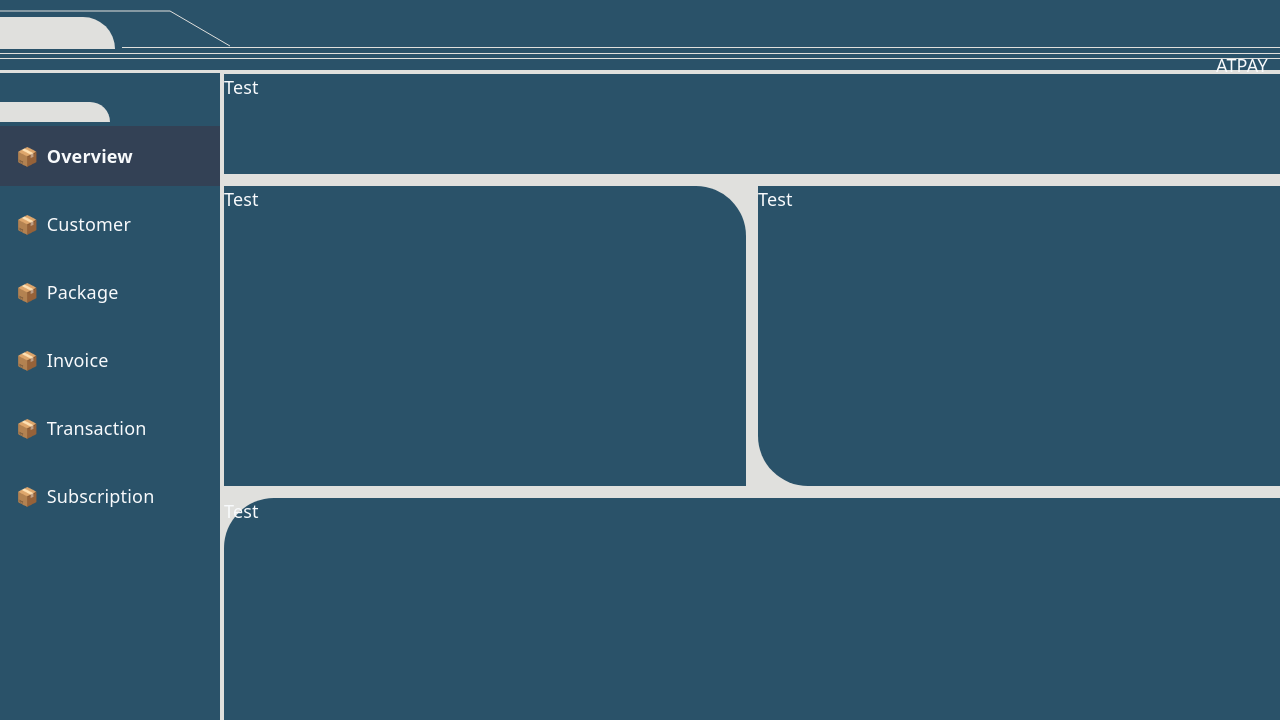
Repository: Farazdaq/stripe-payment-integration
Page: /dashboard (app in stripe-integration-react-dashboard/)
An editor plug-in stored every save of this project. The page is shown before and after the next save, followed by the edit.
The browser window is 1280 px wide. The pictures show the whole page.
An inner scrolling area shows only its first screen. The project was rebuilt for these pictures with package versions that can differ from the ones it lists, and the page was loaded fresh each time. Also part of the build but not shown: stripe-integration-react-dashboard/vite.config.ts, stripe-integration-react-dashboard/src/App.css, stripe-integration-react-dashboard/src/features/dashboard/pages/Customer.tsx, stripe-integration-react-dashboard/src/features/dashboard/pages/Package.tsx, stripe-integration-react-dashboard/src/features/dashboard/pages/Invoice.tsx, stripe-integration-react-dashboard/src/features/dashboard/pages/Transaction.tsx, stripe-integration-react-dashboard/src/features/dashboard/pages/Subscription.tsx.

Above is the page before, as saved 2026-05-12 16:50:18.

### stripe-integration-react-dashboard/index.html
<!doctype html>
<html lang="en">
  <head>
    <meta charset="UTF-8" />
    <link rel="icon" type="image/svg+xml" href="/favicon.svg" />
    <meta name="viewport" content="width=device-width, initial-scale=1.0" />
    <title>web-app</title>
  </head>
  <body>
    <div id="root"></div>
    <script type="module" src="/src/main.tsx"></script>
  </body>
</html>

### stripe-integration-react-dashboard/src/index.css
@tailwind base;
@tailwind components;
@tailwind utilities;

/* =========================
   THEME VARIABLES
========================= */
:root {
  --text: #6b6375;
  --text-h: #08060d;
  --bg: #ffffff;
  --border: #e5e4e7;
  --code-bg: #f4f3ec;

  --accent: #aa3bff;
  --accent-bg: rgba(170, 59, 255, 0.1);
  --accent-border: rgba(170, 59, 255, 0.5);

  --social-bg: rgba(244, 243, 236, 0.5);

  --shadow:
    rgba(0, 0, 0, 0.1) 0 10px 15px -3px, rgba(0, 0, 0, 0.05) 0 4px 6px -2px;

  --sans: system-ui, "Segoe UI", Roboto, sans-serif;
  --heading: system-ui, "Segoe UI", Roboto, sans-serif;
  --mono: ui-monospace, Consolas, monospace;
}

/* =========================
   DARK MODE (system-based)
   ⚠️ later you can replace with .dark class
========================= */
@media (prefers-color-scheme: dark) {
  :root {
    --text: #9ca3af;
    --text-h: #f3f4f6;
    --bg: #16171d;
    --border: #2e303a;
    --code-bg: #1f2028;

    --accent: #c084fc;
    --accent-bg: rgba(192, 132, 252, 0.15);
    --accent-border: rgba(192, 132, 252, 0.5);

    --social-bg: rgba(47, 48, 58, 0.5);

    --shadow:
      rgba(0, 0, 0, 0.4) 0 10px 15px -3px, rgba(0, 0, 0, 0.25) 0 4px 6px -2px;
  }
}

/* =========================
   ROOT FIX (IMPORTANT)
   THIS FIXES YOUR LAYOUT ISSUE
========================= */
#root {
  width: 100%;
  min-height: 100vh;
  margin: 0;
  display: flex;
  flex-direction: column;
  box-sizing: border-box;
}

/* =========================
   GLOBAL RESET
========================= */
body {
  margin: 0;
  background: var(--bg);
  color: var(--text);
  font: 18px/145% var(--sans);
  letter-spacing: 0.18px;
  -webkit-font-smoothing: antialiased;
  -moz-osx-font-smoothing: grayscale;
}

/* =========================
   TYPOGRAPHY
========================= */
h1,
h2 {
  font-family: var(--heading);
  font-weight: 500;
  color: var(--text-h);
}

h1 {
  font-size: 56px;
  letter-spacing: -1.68px;
  margin: 32px 0;
}

h2 {
  font-size: 24px;
  line-height: 118%;
  letter-spacing: -0.24px;
  margin: 0 0 8px;
}

p {
  margin: 0;
}

/* =========================
   CODE BLOCKS
========================= */
code,
.counter {
  font-family: var(--mono);
  display: inline-flex;
  border-radius: 4px;
  color: var(--text-h);
}

code {
  font-size: 15px;
  line-height: 135%;
  padding: 4px 8px;
  background: var(--code-bg);
}

### stripe-integration-react-dashboard/src/App.tsx
import "./App.css";
import { RouterProvider } from "react-router-dom";
import { router } from "./routes";
import { ThemeProvider } from "./theme/ThemeProvider";
import "./i18n/i18n";

function App() {
  return (
    <ThemeProvider>
      <RouterProvider router={router} />
    </ThemeProvider>
  );
}

export default App;

### stripe-integration-react-dashboard/src/routes.tsx
import { createBrowserRouter } from "react-router-dom"; // Import the necessary components for routing
import DashboardLayout from "./features/dashboard/layout/DashboardLayout"; // Import the layout component for the dashboard, which will be used as a wrapper for the child routes.

// Define the router configuration using createBrowserRouter
// The router is structured as follows:
// - The root path ("/") uses the DashboardLayout component as its element.
// - The DashboardLayout component has child routes
// - The index route ("/") renders the DashboardPage component.

export const router = createBrowserRouter([
  // MAIN APP
  {
    path: "/",
    element: "App page",
  },

  // DASHBOARD
  {
    path: "/dashboard",
    element: <DashboardLayout />,
  },
]);

### stripe-integration-react-dashboard/src/theme/ThemeProvider.tsx
import { useState } from "react";
import type { ReactNode } from "react";
import { themes } from "./theme.config";
import { ThemeContext, type ThemeMode } from "./theme.context";

type Props = {
  children: ReactNode;
};

export function ThemeProvider({ children }: Props) {
  const [mode, setMode] = useState<ThemeMode>("dark");

  const theme = themes[mode];

  return (
    <ThemeContext.Provider value={{ mode, setMode, theme }}>
      <div
        style={{
          backgroundColor: theme.colors.bg,
          color: theme.colors.text,
          minHeight: "100vh",
          transition: "0.3s ease",
        }}
      >
        {children}
      </div>
    </ThemeContext.Provider>
  );
}

### stripe-integration-react-dashboard/src/i18n/i18n.ts
import i18n from "i18next";
import { initReactI18next } from "react-i18next";

import en from "./locales/en.json";
import ar from "./locales/ar.json";

i18n.use(initReactI18next).init({
  resources: {
    en: { translation: en },
    ar: { translation: ar },
  },

  lng: "en",
  fallbackLng: "en",

  interpolation: {
    escapeValue: false,
  },
});

export default i18n;

### stripe-integration-react-dashboard/src/features/dashboard/layout/DashboardLayout.tsx
import { useState } from "react";
import { useTheme } from "../../../theme/useTheme";

import {
  Navbar,
  Sidebar,
  Overview,
  Customer,
  Package,
  Invoice,
  Transaction,
  Subscription,
} from "./export.ts";

export default function DashboardLayout() {
  const { theme } = useTheme();
  const [activePage, setActivePage] = useState("overview");

  return (
    <div
      className="flex flex-col w-screen h-screen overflow-hidden"
      style={{
        backgroundColor: theme.colors.bg,
      }}
    >
      {/* TOP NAVBAR */}
      <div className="shrink-0">
        <Navbar />
      </div>

      {/* BODY */}
      <div className="flex flex-1 min-h-0 overflow-hidden">
        {/* SIDEBAR */}
        <div className="h-full shrink-0">
          <Sidebar active={activePage} setActive={setActivePage} />
        </div>

        {/* MAIN CONTENT */}
        <main className="flex-1 h-full overflow-y-auto overflow-x-hidden pt-1 pl-1">
          <div className="min-h-full">
            {activePage === "overview" && <Overview />}
            {activePage === "customer" && <Customer />}
            {activePage === "package" && <Package />}
            {activePage === "invoice" && <Invoice />}
            {activePage === "transaction" && <Transaction />}
            {activePage === "subscription" && <Subscription />}
          </div>
        </main>
      </div>
    </div>
  );
}

### stripe-integration-react-dashboard/src/theme/theme.config.ts
export const themes = {
  light: {
    colors: {
      bg: "#f9fafb",
      text: "#111827",
      containerCopBackgroundColor: "#2A5269",
      borderColor: "#111827",
      sidebar: "#ffffff",
      navbar: "#ffffff",
      border: "#e5e7eb",
    },
  },

  dark: {
    colors: {
      bg: "#E0E0DD",
      text: "#f8fafc",
      containerCopBackgroundColor: "#2A5269",
      borderColor: "#111827",
      sidebar: "#2A5269",
      navbar: "#2A5269",
      border: "#334155",
    },
  },
};

### stripe-integration-react-dashboard/src/theme/theme.context.ts
import { createContext } from "react";
import { themes } from "./theme.config";

export type ThemeMode = "light" | "dark";

// 👇 infer theme structure from your config
export type Theme = (typeof themes)["light"];

export type ThemeContextType = {
  mode: ThemeMode;
  setMode: (mode: ThemeMode) => void;
  theme: Theme;
};

export const ThemeContext = createContext<ThemeContextType | null>(null);

### stripe-integration-react-dashboard/src/i18n/locales/en.json
{
  "dashboard": {
    "title": "Dashboard"
  },
  "sidebar": {
    "users": "Users"
  }
}

### stripe-integration-react-dashboard/src/i18n/locales/ar.json
{
  "dashboard": {
    "title": "لوحة التحكم"
  },
  "sidebar": {
    "users": "المستخدمين"
  }
}

### stripe-integration-react-dashboard/src/theme/useTheme.ts
import { useContext } from "react";
import { ThemeContext } from "./theme.context";

export function useTheme() {
  const context = useContext(ThemeContext);

  if (!context) {
    throw new Error("useTheme must be used inside ThemeProvider");
  }

  return context;
}

### stripe-integration-react-dashboard/src/features/dashboard/layout/export.ts
export { default as Navbar } from "./Navbar";
export { default as Sidebar } from "./Sidebar/Sidebar";

export { default as Overview } from "../pages/Overview";
export { default as Customer } from "../pages/Customer";
export { default as Package } from "../pages/Package";
export { default as Invoice } from "../pages/Invoice";
export { default as Transaction } from "../pages/Transaction";
export { default as Subscription } from "../pages/Subscription";

### stripe-integration-react-dashboard/src/features/dashboard/layout/Navbar.tsx
import { useTheme } from "../../../theme/useTheme";
import ThemeSwitch from "../../../components/ThemeSwitch";
import LanguageDropdown from "../../../components/LanguageDropdown";
import LineShaper from "../../../components/LineShaper";
import LineDivider from "../../../components/LineDivider";

export default function Navbar() {
  const { theme } = useTheme();

  return (
    <div
      className="w-screen h-[40px] md:h-[50px] lg:h-[70px]"
      style={{
        paddingTop: "10px",
        background: theme.colors.navbar,
      }}
    >
      <div className="flex flex-col gap-1 md:gap-1">
        {/* FIX: Wrap angled divider in a fixed-height container */}

        <div style={{ height: "3px", overflow: "visible" }}>
          <LineDivider
            color="#E0E0DD"
            thickness="1px"
            points={[
              { x: 0, y: 0 }, // start
              { x: 170, y: 0 }, // go straight 500px
              { d: 35 }, // go down 20px
            ]} // go to end of screen
          />

          <div className="ml-[9.5%] mb-1">
            <LineDivider color="#E0E0DD" thickness="1px" />
          </div>
          <div className="ml-[95%] mb-[100px]">
            <p>ATPAY</p>
          </div>
        </div>

        <LineShaper
          color="#E0E0DD"
          thickness={32}
          length={"9%"}
          radiusRightTop={50}
        />

        <LineDivider color="#E0E0DD" thickness="0.9px" />
        <LineDivider color="#E0E0DD" thickness="0.9px" />
      </div>
    </div>
  );
}

### stripe-integration-react-dashboard/src/features/dashboard/layout/Sidebar/Sidebar.tsx
import LineShaper from "../../../../components/LineShaper";
import { useTheme } from "../../../../theme/useTheme";
import { sidebarItems } from "./sidebar.config";

type SidebarItem = {
  key: string;
  label: string;
};

type SidebarProps = {
  active: string;
  setActive: (key: string) => void;
};

export default function Sidebar({ active, setActive }: SidebarProps) {
  const { theme } = useTheme();

  return (
    <div
      className="w-[80px] md:w-[220px] min-h-screen pt-[4vh] mt-[0.4vh] py-2.5 transition-all duration-300 shrink-0"
      style={{ background: theme.colors.sidebar }}
    >
      <LineShaper
        color="#E0E0DD"
        thickness={20}
        length={"50%"}
        marginBottom={4}
        radiusRightTop={50}
      />
      {sidebarItems.map((item: SidebarItem) => {
        const isActive = active === item.key;

        return (
          <div key={item.key} className="flex">
            <button
              onClick={() => setActive(item.key)}
              className="w-full mb-2 cursor-pointer flex items-center justify-center md:justify-start gap-0 md:gap-2 p-3 md:p-4 transition-all duration-200"
              style={{
                background: isActive ? theme.colors.border : "transparent",
                color: theme.colors.text,
                fontWeight: isActive ? "600" : "400",
              }}
            >
              {/* Icon */}
              <span className="text-2xl md:text-lg flex items-center justify-center w-full md:w-auto">
                📦
              </span>

              {/* Label */}
              <div className="hidden md:inline text-base lg:text-lg">
                {item.label}
              </div>
            </button>
          </div>
        );
      })}
    </div>
  );
}

### stripe-integration-react-dashboard/src/features/dashboard/pages/Overview.tsx
import { useTranslation } from "react-i18next";
import ContainerComp from "../../../components/ContainerComp";
import LineChartComp from "../../../components/LineChartComp";

function MockComponent() {
  return <div>Test</div>;
}
export default function Overview() {
  const { t } = useTranslation();

  return (
    <div className="flex flex-col gap-3 md:gap-3 pt-[0.3px] md:pt-[0.3px]">
      {/* Top containers */}
      <ContainerComp height={100} componentDisplay={<MockComponent />} />

      {/* Bottom horizontal containers */}
      <div className="flex flex-col md:flex-row gap-3 md:gap-3">
        <div className="flex-1">
          <ContainerComp
            radiusRightTop={50}
            height={300}
            componentDisplay={<MockComponent />}
          />
        </div>

        <div className="flex-1">
          <ContainerComp
            radiusLeftBottom={50}
            height={300}
            componentDisplay={<MockComponent />}
          />
        </div>
      </div>
      <ContainerComp
        radiusLeftTop={50}
        height={456}
        componentDisplay={<MockComponent />}
      />
    </div>
  );
}

### stripe-integration-react-dashboard/src/components/LineShaper.tsx
type LineShaperProps = {
  color?: string;
  radiusLeftTop?: number;
  radiusLeftBottom?: number;
  radiusRightTop?: number;
  radiusRightBottom?: number;
  thickness?: number;
  length?: number | string;

  // NEW OPTIONAL MARGINS
  marginTop?: number | string;
  marginBottom?: number | string;
  marginLeft?: number | string;
  marginRight?: number | string;
};

export default function LineShaper({
  color = "#000",
  radiusLeftTop = 0,
  radiusLeftBottom = 0,
  radiusRightTop = 0,
  radiusRightBottom = 0,
  thickness = 2,
  length = "100%",

  marginTop,
  marginBottom,
  marginLeft,
  marginRight,
}: LineShaperProps) {
  return (
    <div
      style={{
        backgroundColor: color,
        height: thickness,
        width: length,

        borderTopLeftRadius: radiusLeftTop,
        borderBottomLeftRadius: radiusLeftBottom,
        borderTopRightRadius: radiusRightTop,
        borderBottomRightRadius: radiusRightBottom,

        // Only apply margins if passed
        ...(marginTop !== undefined && { marginTop }),
        ...(marginBottom !== undefined && { marginBottom }),
        ...(marginLeft !== undefined && { marginLeft }),
        ...(marginRight !== undefined && { marginRight }),
      }}
    />
  );
}

### stripe-integration-react-dashboard/src/components/LineDivider.tsx
type Point = {
  x?: number | string; // allow "100%"
  y?: number;
  d?: number; // relative vertical movement
};

type LineDividerProps = {
  color?: string;
  thickness?: string;
  width?: string;
  margin?: string;
  style?: React.CSSProperties;
  points?: Point[];
};

export default function LineDivider({
  color = "red",
  thickness = "2px",
  width = "100%",
  margin = "0",
  style = {},
  points,
}: LineDividerProps) {
  // If no points → simple divider
  if (!points || points.length === 0) {
    return (
      <div
        style={{
          height: thickness,
          width,
          backgroundColor: color,
          margin,
          ...style,
        }}
      />
    );
  }

  // Convert relative points (d) into absolute x,y
  const computedPoints: { x: number | string; y: number }[] = [];

  points.forEach((p, i) => {
    if (i === 0) {
      computedPoints.push({
        x: p.x ?? 0,
        y: p.y ?? 0,
      });
    } else {
      const prev = computedPoints[i - 1];

      computedPoints.push({
        x: p.x ?? (typeof prev.x === "number" ? prev.x + 60 : prev.x),
        y: p.d !== undefined ? prev.y + p.d : (p.y ?? prev.y),
      });
    }
  });

  // ⭐ AUTO‑EXTEND LAST POINT TO 100% WIDTH
  const last = computedPoints[computedPoints.length - 1];
  computedPoints.push({
    x: "100%",
    y: last.y,
  });

  // Calculate bounds
  const ys = computedPoints.map((p) => p.y);
  const minY = Math.min(...ys);
  const maxY = Math.max(...ys);

  const lineThickness = parseFloat(thickness) || 2;
  const svgHeight = maxY - minY + lineThickness * 2;

  // Build SVG path
  const path = computedPoints
    .map((p, i) => {
      const x = p.x;
      const y = p.y - minY + lineThickness;
      return `${i === 0 ? "M" : "L"} ${x} ${y}`;
    })
    .join(" ");

  return (
    <svg
      width="100%"
      height={svgHeight}
      preserveAspectRatio="none"
      style={{ display: "block", margin, ...style }}
    >
      <path d={path} stroke={color} strokeWidth={lineThickness} fill="none" />
    </svg>
  );
}

### stripe-integration-react-dashboard/src/features/dashboard/layout/Sidebar/sidebar.config.ts
export const sidebarItems = [
  {
    key: "overview",
    label: "Overview",
  },

  {
    key: "customer",
    label: "Customer",
  },
  {
    key: "package",
    label: "Package",
  },
  {
    key: "invoice",
    label: "Invoice",
  },
  {
    key: "transaction",
    label: "Transaction",
  },
  {
    key: "subscription",
    label: "Subscription",
  },
];

### stripe-integration-react-dashboard/src/components/ContainerComp.tsx
import { useTheme } from "../theme/useTheme";

type ContainerCompProps = {
  width?: number;
  height?: number;
  radiusAll?: number;
  radiusLeftTop?: number;
  radiusLeftBottom?: number;
  radiusRightTop?: number;
  radiusRightBottom?: number;
  background?: string;
  borderColor?: string;
  border?: boolean;
  stroke?: number;
  componentDisplay: React.ReactNode;
};

export default function ContainerComp({
  width,
  height,
  radiusAll,
  radiusLeftTop,
  radiusLeftBottom,
  radiusRightTop,
  radiusRightBottom,
  background,
  borderColor,
  border,
  stroke,
  componentDisplay: ComponentDisplay,
}: ContainerCompProps) {
  const { theme } = useTheme();
  const style: React.CSSProperties = {
    width,
    height,
    background: background
      ? background
      : theme.colors.containerCopBackgroundColor,
    border: border
      ? `${stroke ?? 1}px solid ${borderColor ? borderColor : theme.colors.borderColor}`
      : undefined,
    borderTopLeftRadius: radiusLeftTop ?? radiusAll,
    borderBottomLeftRadius: radiusLeftBottom ?? radiusAll,
    borderTopRightRadius: radiusRightTop ?? radiusAll,
    borderBottomRightRadius: radiusRightBottom ?? radiusAll,
  };

  return (
    <div data-testid="container1" style={style}>
      {ComponentDisplay}
    </div>
  );
}

Loaded but not shown: stripe-integration-react-dashboard/src/main.tsx (common file); stripe-integration-react-dashboard/tailwind.config.js (common file)

After the next save:
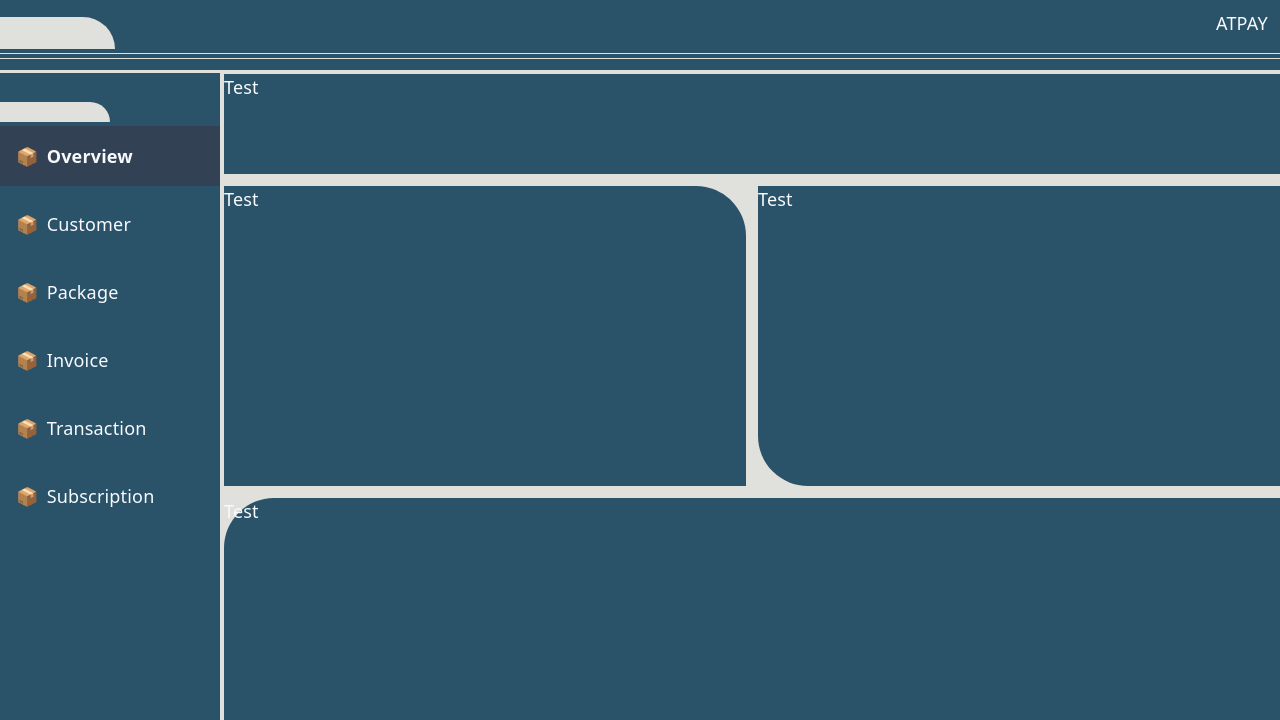
Saved 26 s later.
--- a/stripe-integration-react-dashboard/src/features/dashboard/layout/Navbar.tsx
+++ b/stripe-integration-react-dashboard/src/features/dashboard/layout/Navbar.tsx
@@ -19,6 +19,9 @@ export default function Navbar() {
         {/* FIX: Wrap angled divider in a fixed-height container */}
 
         <div style={{ height: "3px", overflow: "visible" }}>
+          <div className="ml-[95%] mb-[100px]">
+            <p>ATPAY</p>
+          </div>
           <LineDivider
             color="#E0E0DD"
             thickness="1px"
@@ -31,9 +34,6 @@ export default function Navbar() {
 
           <div className="ml-[9.5%] mb-1">
             <LineDivider color="#E0E0DD" thickness="1px" />
-          </div>
-          <div className="ml-[95%] mb-[100px]">
-            <p>ATPAY</p>
           </div>
         </div>
 
